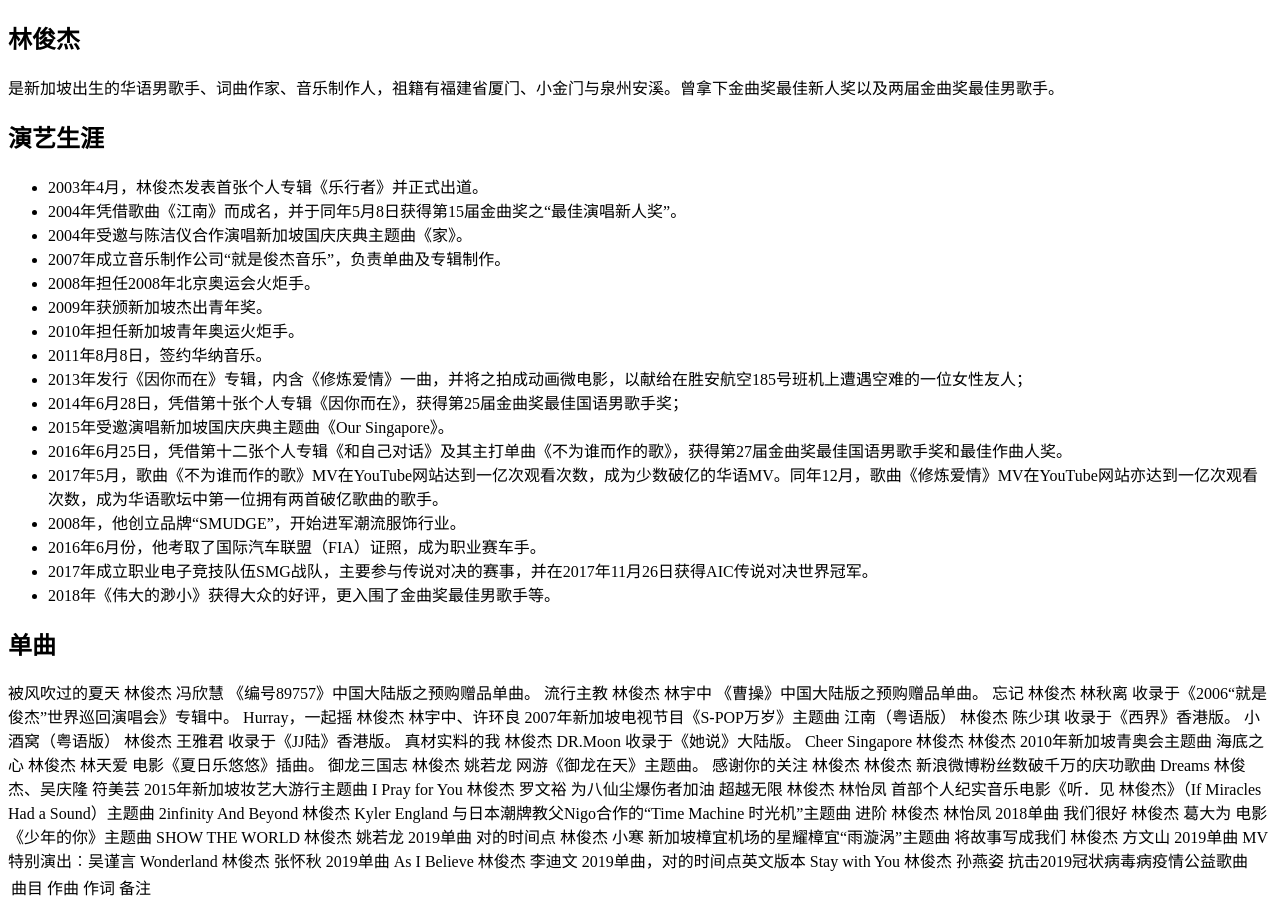
Repository: chenguocan/html_work
Page: html_work.html
An editor plug-in stored every save of this project. The page is shown before and after the next save, followed by the edit.
The browser window is 1280 px wide. The pictures show the whole page.

Above is the page before, as saved 2020-06-26 10:00:59.

After the next save:
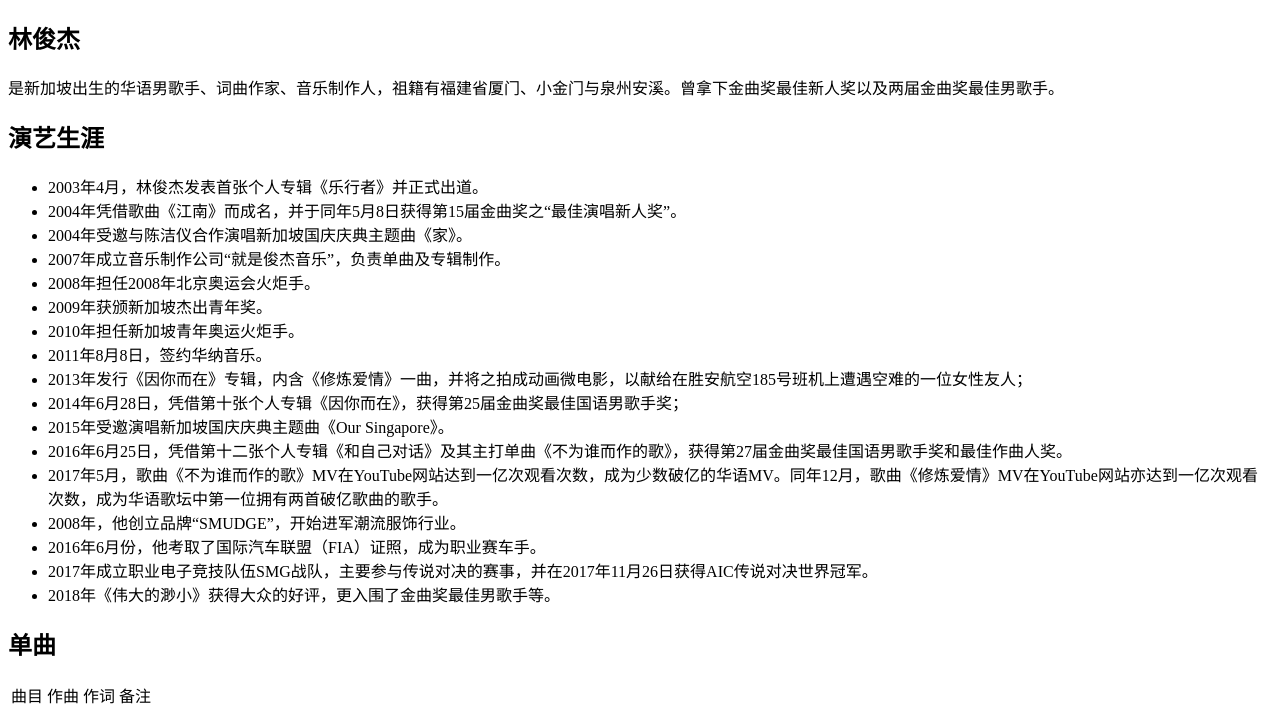
Saved 99 s later.
--- a/html_work.html
+++ b/html_work.html
@@ -58,26 +58,6 @@
             <td>备注</td>
           </tr>
         </thead>
-        被风吹过的夏天 林俊杰 冯欣慧 《编号89757》中国大陆版之预购赠品单曲。
-        流行主教 林俊杰 林宇中 《曹操》中国大陆版之预购赠品单曲。 忘记 林俊杰
-        林秋离 收录于《2006“就是俊杰”世界巡回演唱会》专辑中。 Hurray，一起摇
-        林俊杰 林宇中、许环良 2007年新加坡电视节目《S-POP万岁》主题曲
-        江南（粤语版） 林俊杰 陈少琪 收录于《西界》香港版。 小酒窝（粤语版）
-        林俊杰 王雅君 收录于《JJ陆》香港版。 真材实料的我 林俊杰 DR.Moon
-        收录于《她说》大陆版。 Cheer Singapore 林俊杰 林俊杰
-        2010年新加坡青奥会主题曲 海底之心 林俊杰 林天爱 电影《夏日乐悠悠》插曲。
-        御龙三国志 林俊杰 姚若龙 网游《御龙在天》主题曲。 感谢你的关注 林俊杰
-        林俊杰 新浪微博粉丝数破千万的庆功歌曲 Dreams 林俊杰、吴庆隆 符美芸
-        2015年新加坡妆艺大游行主题曲 I Pray for You 林俊杰 罗文裕
-        为八仙尘爆伤者加油 超越无限 林俊杰 林怡凤 首部个人纪实音乐电影《听．见
-        林俊杰》（If Miracles Had a Sound）主题曲 2infinity And Beyond 林俊杰
-        Kyler England 与日本潮牌教父Nigo合作的“Time Machine 时光机”主题曲 进阶
-        林俊杰 林怡凤 2018单曲 我们很好 林俊杰 葛大为 电影《少年的你》主题曲
-        SHOW THE WORLD 林俊杰 姚若龙 2019单曲 对的时间点 林俊杰 小寒
-        新加坡樟宜机场的星耀樟宜“雨漩涡”主题曲 将故事写成我们 林俊杰 方文山
-        2019单曲 MV特别演出︰吴谨言 Wonderland 林俊杰 张怀秋 2019单曲 As I
-        Believe 林俊杰 李迪文 2019单曲，对的时间点英文版本 Stay with You 林俊杰
-        孙燕姿 抗击2019冠状病毒病疫情公益歌曲
       </table>
     </section>
   </body>

After the save that followed:
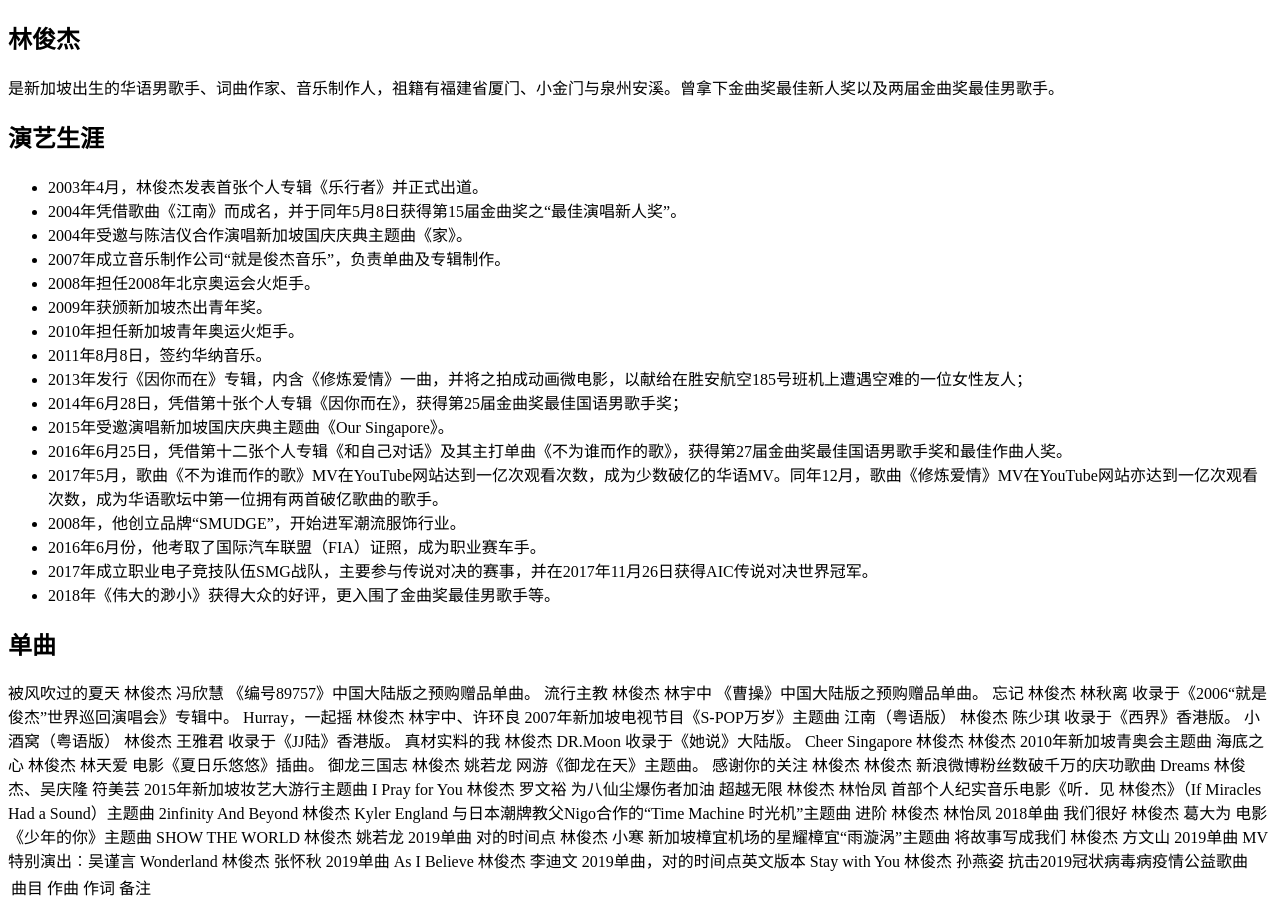
Saved 30 s later.
--- a/html_work.html
+++ b/html_work.html
@@ -58,6 +58,29 @@
             <td>备注</td>
           </tr>
         </thead>
+        <tbody>
+          被风吹过的夏天 林俊杰 冯欣慧 《编号89757》中国大陆版之预购赠品单曲。
+          流行主教 林俊杰 林宇中 《曹操》中国大陆版之预购赠品单曲。 忘记 林俊杰
+          林秋离 收录于《2006“就是俊杰”世界巡回演唱会》专辑中。 Hurray，一起摇
+          林俊杰 林宇中、许环良 2007年新加坡电视节目《S-POP万岁》主题曲
+          江南（粤语版） 林俊杰 陈少琪 收录于《西界》香港版。 小酒窝（粤语版）
+          林俊杰 王雅君 收录于《JJ陆》香港版。 真材实料的我 林俊杰 DR.Moon
+          收录于《她说》大陆版。 Cheer Singapore 林俊杰 林俊杰
+          2010年新加坡青奥会主题曲 海底之心 林俊杰 林天爱
+          电影《夏日乐悠悠》插曲。 御龙三国志 林俊杰 姚若龙
+          网游《御龙在天》主题曲。 感谢你的关注 林俊杰 林俊杰
+          新浪微博粉丝数破千万的庆功歌曲 Dreams 林俊杰、吴庆隆 符美芸
+          2015年新加坡妆艺大游行主题曲 I Pray for You 林俊杰 罗文裕
+          为八仙尘爆伤者加油 超越无限 林俊杰 林怡凤 首部个人纪实音乐电影《听．见
+          林俊杰》（If Miracles Had a Sound）主题曲 2infinity And Beyond 林俊杰
+          Kyler England 与日本潮牌教父Nigo合作的“Time Machine 时光机”主题曲 进阶
+          林俊杰 林怡凤 2018单曲 我们很好 林俊杰 葛大为 电影《少年的你》主题曲
+          SHOW THE WORLD 林俊杰 姚若龙 2019单曲 对的时间点 林俊杰 小寒
+          新加坡樟宜机场的星耀樟宜“雨漩涡”主题曲 将故事写成我们 林俊杰 方文山
+          2019单曲 MV特别演出︰吴谨言 Wonderland 林俊杰 张怀秋 2019单曲 As I
+          Believe 林俊杰 李迪文 2019单曲，对的时间点英文版本 Stay with You
+          林俊杰 孙燕姿 抗击2019冠状病毒病疫情公益歌曲
+        </tbody>
       </table>
     </section>
   </body>
